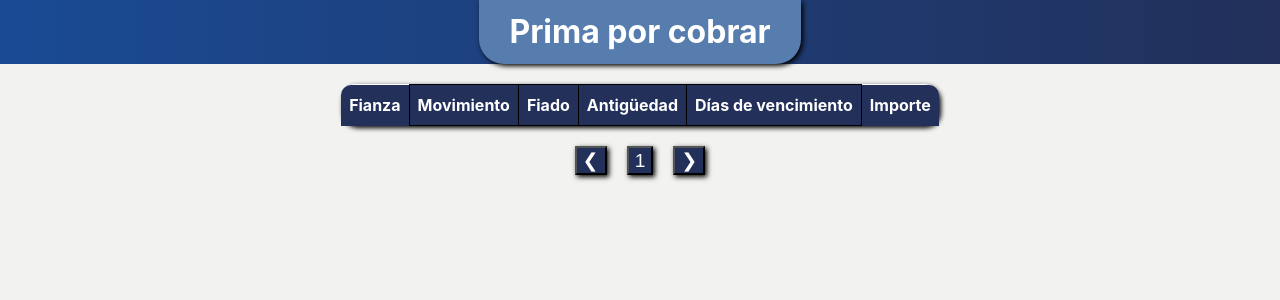
Repository: PCGP22/prueba-t-cnica-liberty-finanzas
Page: / (app in Prueba técnica full-stack/client/)
The author's editor kept a copy of each file at every save. The page is drawn from the files as they stood at one save, then again after the next save.
The browser window is 1280 px wide. The pictures show the whole page.
The page's requests for data from a server got no answer. The project was rebuilt for these pictures with package versions that can differ from the ones it lists, and the page was loaded fresh each time. No one was signed in, and anything a server would have sent is missing. Also part of the build but not shown: Prueba técnica full-stack/client/vite.config.js, Prueba técnica full-stack/client/src/components/Card.jsx, Prueba técnica full-stack/client/src/components/CardsContainer.jsx, Prueba técnica full-stack/client/src/components/Filters.jsx.

Above is the page before, as saved 2023-11-14 08:34:40.

After the next save:
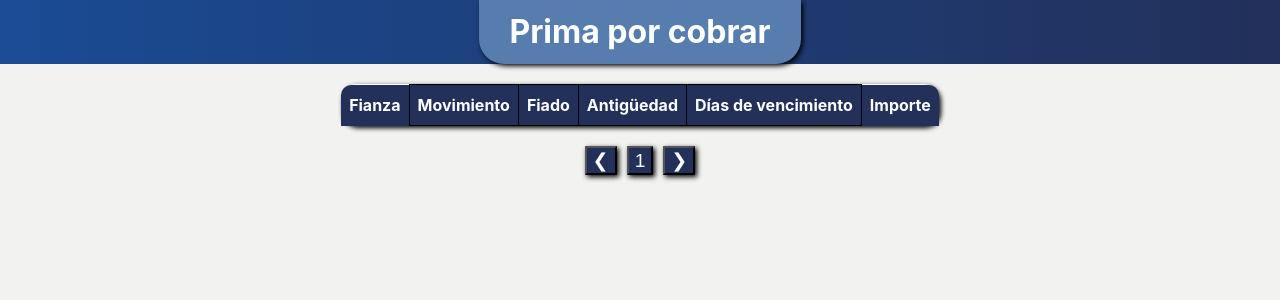
Saved 6 s later.
--- a/Prueba técnica full-stack/client/src/index.css
+++ b/Prueba técnica full-stack/client/src/index.css
@@ -204,7 +204,7 @@ table tr:first-child:hover{
   margin-bottom: 20px;
   justify-content: center;
   align-items:stretch;
-  gap:20px;
+  gap:10px;
 }
 
 .pagination button{
